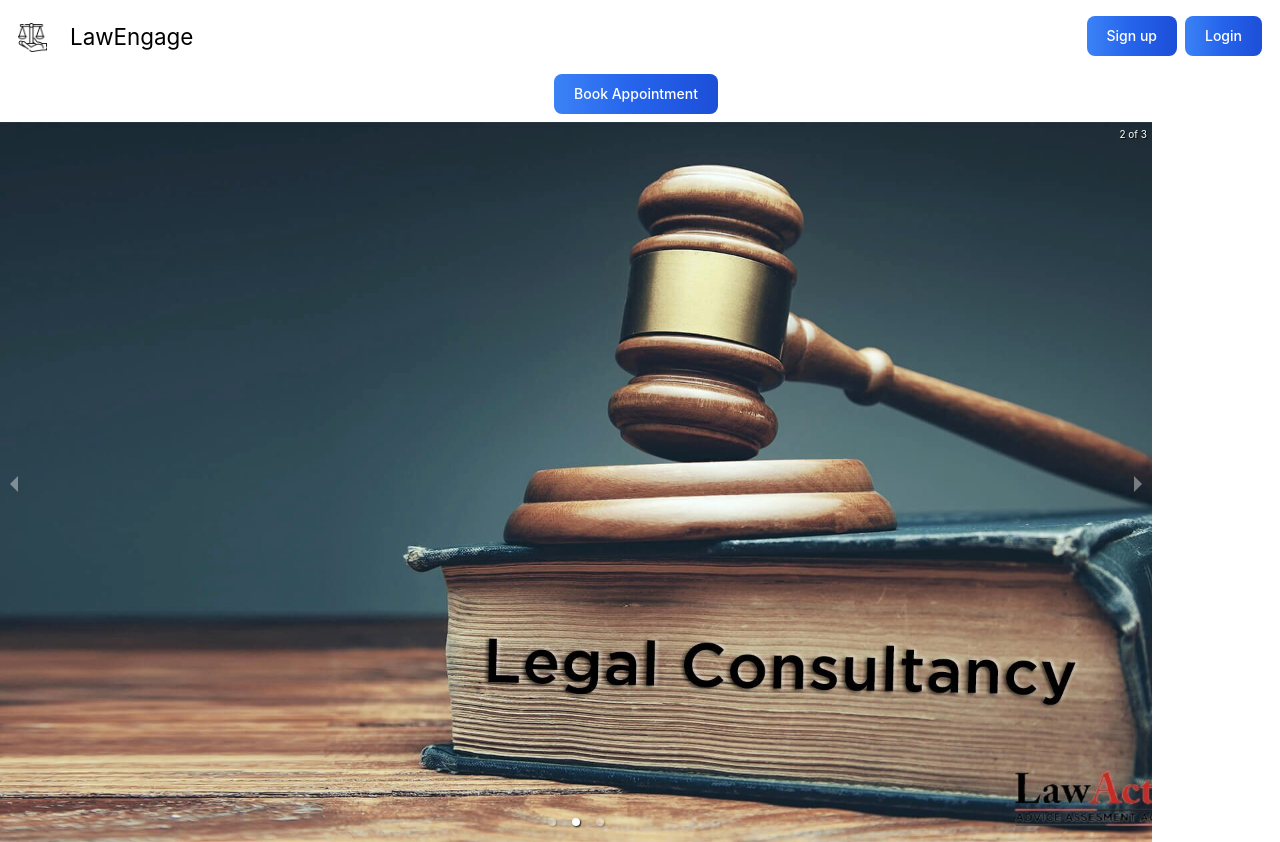
Repository: khushijain8/Lawyer-appointment-application
Page: / (app in frontend/)
An editor plug-in stored every save of this project. The page is shown before and after the next save, followed by the edit.
The browser window is 1280 px wide. The pictures show the whole page.
The project was rebuilt for these pictures with package versions that can differ from the ones it lists, and the page was loaded fresh each time. Also part of the build but not shown: frontend/src/App.css, frontend/src/components/Signup/Signup.css, frontend/src/components/Signup/Signup.jsx, frontend/src/components/Login/Login.css, frontend/src/components/Login/Login.jsx, frontend/src/components/LawyerContainer/LawyerContainer.css, frontend/src/components/LawyerContainer/LawyerContainer.jsx, frontend/src/components/Book/Book.jsx and 4 more.

Above is the page before, as saved 2025-01-23 02:44:15.

### frontend/src/index.js
import React from 'react';
import ReactDOM from 'react-dom/client';
import './index.css';
import App from './App';
import reportWebVitals from './reportWebVitals';
import {BrowserRouter} from 'react-router-dom';
import {Provider} from 'react-redux';
import {store} from './redux/store';
const root = ReactDOM.createRoot(document.getElementById('root'));
root.render(
  <React.StrictMode>
    <Provider store={store}>
     <BrowserRouter>
      <App />
    </BrowserRouter>
    </Provider>
  </React.StrictMode>
);

// If you want to start measuring performance in your app, pass a function
// to log results (for example: reportWebVitals(console.log))
// or send to an analytics endpoint. Learn more: https://bit.ly/CRA-vitals
reportWebVitals();

### frontend/src/App.js
import './App.css';

import {Route,Routes} from 'react-router-dom';
import Signup from './components/Signup/Signup';
import {Login} from './components/Login/Login';
import Navbar from './components/Navbar/Navbar';
import Book from './components/Book/Book';
import Admin from './components/Admin/Admin'
import FrontPage from './components/FrontPage/FrontPage';
function App() {
  return (
    <>
      <Navbar></Navbar>
      <Routes>
        <Route path='/signup' element={<Signup/>}/>
        <Route path='/login' element={<Login/>}/>
        <Route path='/book' element={<Book/>}/>
        <Route path='/' element={<FrontPage/>}/>
        <Route path='/admin' element={<Admin/>}/>
      </Routes>

    </>
  );
}

export default App;

### frontend/src/redux/store.js
import {configureStore} from '@reduxjs/toolkit'
import LawyerReducer from './Lawyer/lawyerSlice'

export const store=configureStore({
    reducer:{
        lawyer:LawyerReducer
    },
})

### frontend/src/components/Navbar/Navbar.jsx
import React from 'react'
import lawlogo from '../../assets/law.png';
import './Navbar.css';
import {useNavigate} from 'react-router-dom';
function Navbar() {
    const navigate=useNavigate()
  return (
    <>
        <div className='navbar flex-col sm:flex-row '>
            <div className="left-nav">
                <img className = "logo px-2 py-2" src={lawlogo} alt="logo"></img>
                <span className="heading">LawEngage</span>
            </div>
            <div className='right-nav flex justify-center items-center md:order-2'>
                <button class="text-white bg-gradient-to-r from-blue-500 via-blue-600 to-blue-700 hover:bg-gradient-to-br focus:ring-4 focus:outline-none focus:ring-blue-300 dark:focus:ring-blue-800 font-medium rounded-lg text-sm px-5 py-2.5 text-center me-2 mb-2"onClick={()=>navigate('/signup')}>Sign up</button>
                <button class="text-white bg-gradient-to-r from-blue-500 via-blue-600 to-blue-700 hover:bg-gradient-to-br focus:ring-4 focus:outline-none focus:ring-blue-300 dark:focus:ring-blue-800 font-medium rounded-lg text-sm px-5 py-2.5 text-center me-2 mb-2" onClick={()=>navigate('/login')}>Login</button>
            </div>
        </div>
        <div className='mid-nav flex justify-center items-center  '>
        <button class="text-white bg-gradient-to-r from-blue-500 via-blue-600 to-blue-700 hover:bg-gradient-to-br focus:ring-4 focus:outline-none focus:ring-blue-300 dark:focus:ring-blue-800 font-medium rounded-lg text-sm px-5 py-2.5 text-center me-2 mb-2"onClick={()=>navigate('/book')}>Book Appointment</button>
    </div>
    </>
  )
}

export default Navbar

### frontend/src/components/FrontPage/FrontPage.jsx
import React from 'react';
import './FrontPage.css';
import { Box, IconButton } from '@mui/material';
import { Carousel } from 'react-responsive-carousel';
import "react-responsive-carousel/lib/styles/carousel.min.css";
import slide1 from '../../assets/expertise-2.jpg'
import slide2 from '../../assets/legal-consultancy-services.jpg';
import slide3 from '../../assets/law2.jpg';
import Slide from '@mui/material/Slide';
function FrontPage() {
    return (
      <Box sx={{ width: '90%', height: '100vh', overflow: 'hidden' }}>
        <Carousel
          autoPlay
          infiniteLoop
          interval={3000}
          showArrows={true}
          showThumbs={false}
          dynamicHeight={false}
          transitionTime={500}
        >
          <div>
            <img src={slide1} alt="Slide 1" style={{ width: '90%', height: '100vh', objectFit: 'cover' }} />
          </div>
          <div>
            <img src={slide2} alt="Slide 2" style={{ width: '100%', height: '100vh', objectFit: 'cover' }} />
          </div>
          <div>
            <img src={slide3} alt="Slide 3" style={{ width: '100%', height: '100vh', objectFit: 'cover' }} />
          </div>
        </Carousel>
      </Box>
    );
  }

  export default FrontPage;

### frontend/src/redux/Lawyer/lawyerSlice.js
import { createAsyncThunk,createSlice} from "@reduxjs/toolkit"
import axios from 'axios';
const initialState={
    loading:false,
    lawyers:[],
    error:'',
    selectedSlot: {
        lawyerId: null,
        slotIndex: null,
    },
}

export const fetchLawyers=createAsyncThunk('Lawyer/fetchLawyers',()=>{
    return axios
    .get("https://lawyer-appointment-application.vercel.app/lawyers")
        .then((response) => {
            console.log("API Response:", response.data);
            return response.data;
        })
        .catch((error) => {
            console.log("API Error:", error);
            throw error;
        });
})

export const bookSlot = createAsyncThunk("Lawyer/bookSlot", async (_, { getState, rejectWithValue }) => {
    const {selectedSlot}=getState().lawyer;
    const {lawyerId,slotIndex}=selectedSlot;
    if (!lawyerId || slotIndex === null) {
        return rejectWithValue("Invalid slot or lawyerId");
    }
    try {
      const response = await axios.post("https://lawyer-appointment-application.vercel.app/bookSlot", {
        lawyerId,
        slotIndex,
      });

      console.log("Slot booked successfully:", response.data);
      return { lawyerId, slotIndex };
    } catch (error) {
        console.log(lawyerId,slotIndex);
        console.error("Failed to book slot:", error);
        return rejectWithValue(error.response?.data || "Booking failed");
      }
    }
  );



const lawyerSlice=createSlice({
    name:'lawyer',
    initialState,
    reducers: {
        selectSlot:(state,action)=>{
          state.selectedSlot = action.payload;
        }
      },

    extraReducers:builder=>{
        builder.addCase(fetchLawyers.pending,state=>{
            state.loading=true
            console.log("Fetch lawyers faileda");
        })
        builder.addCase(fetchLawyers.fulfilled,(state,action)=>{
            state.loading=false
            state.lawyers=action.payload
            state.error=''
            console.log("Fetch lawyers failedb");
        })
        builder.addCase(fetchLawyers.rejected,(state,action)=>{
            state.loading=false
            state.error=action.error.message
            state.lawyers=[]
            console.log("Fetch lawyers failedc");
        })
        builder.addCase(bookSlot.pending,state=>{
            state.loading=true
            console.log("Fetch lawyers faileda");
        })
        builder.addCase(bookSlot.fulfilled,(state,action)=>{
            state.loading=false
            const {lawyerId,slotIndex}=action.payload;
            const lawyer=state.lawyers.find((l) => l._id === lawyerId);
            if (lawyer) {
              lawyer.availability[slotIndex].isAvailable=false;
            }
        })
        builder.addCase(bookSlot.rejected,(state,action)=>{
            state.loading=false
            state.error=action.error.message
            state.lawyers=[]
            console.log("Fetch lawyers failedc");
        })
    },

})
export const { selectSlot } = lawyerSlice.actions;
export default lawyerSlice.reducer;

### frontend/src/components/Navbar/Navbar.css
.logo{
    width:45px;
    height:45px;
}
.navbar{
    margin:10px;
    display:flex;
    justify-content : space-between;
}
.left-nav{
    display: flex;
    justify-content: start;
    gap:15px;
    align-items:center; /* for heading (lawengage to be at the center of the logo)*/
}
.mid-nav{
    margin-top:6px;
}
.right-nav{
    margin-top:6px;
}
.heading{
    font-size: 1.4rem;
    font-weight: normal;
}

Loaded but not shown: frontend/public/index.html (common file); frontend/src/index.css (common file); frontend/src/reportWebVitals.js (common file); frontend/tailwind.config.js (common file)

After the next save:
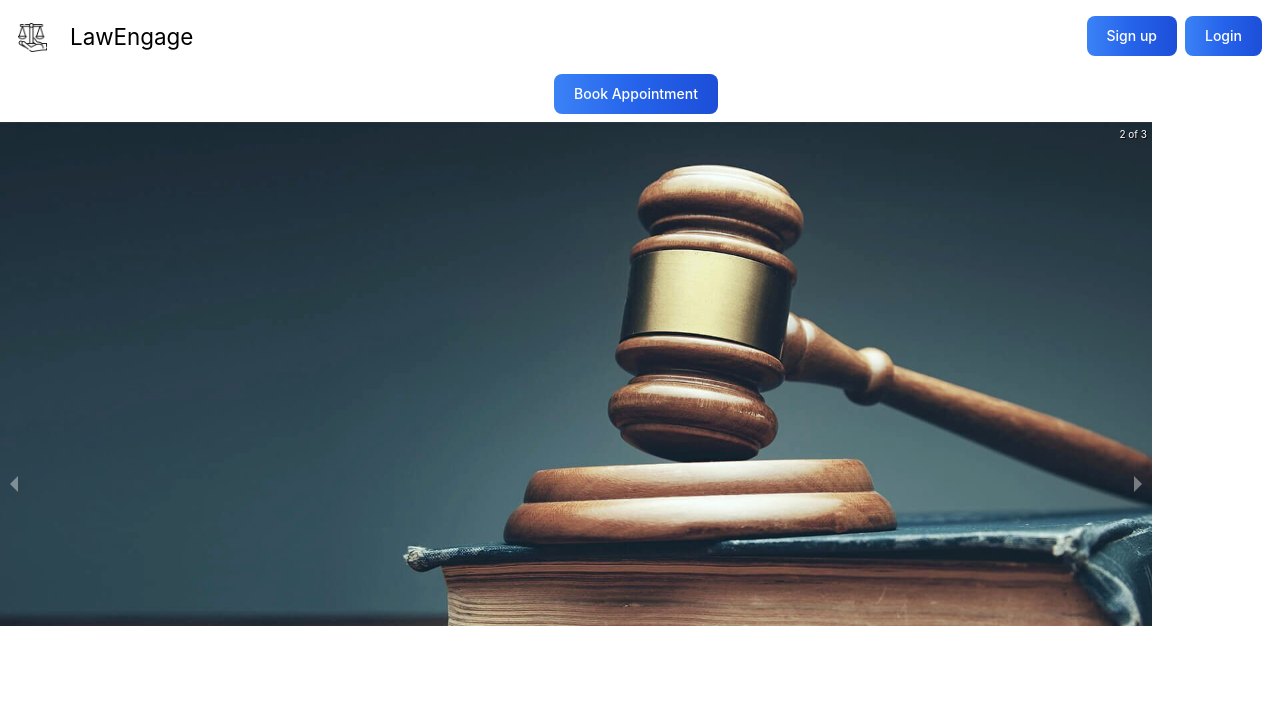
Saved 91 s later.
--- a/frontend/src/components/FrontPage/FrontPage.jsx
+++ b/frontend/src/components/FrontPage/FrontPage.jsx
@@ -9,7 +9,7 @@ import slide3 from '../../assets/law2.jpg';
 import Slide from '@mui/material/Slide';
 function FrontPage() {
     return (
-      <Box sx={{ width: '90%', height: '100vh', overflow: 'hidden' }}>
+      <Box sx={{ width: '90%', height: '70vh', overflow: 'hidden' }}>
         <Carousel
           autoPlay
           infiniteLoop
